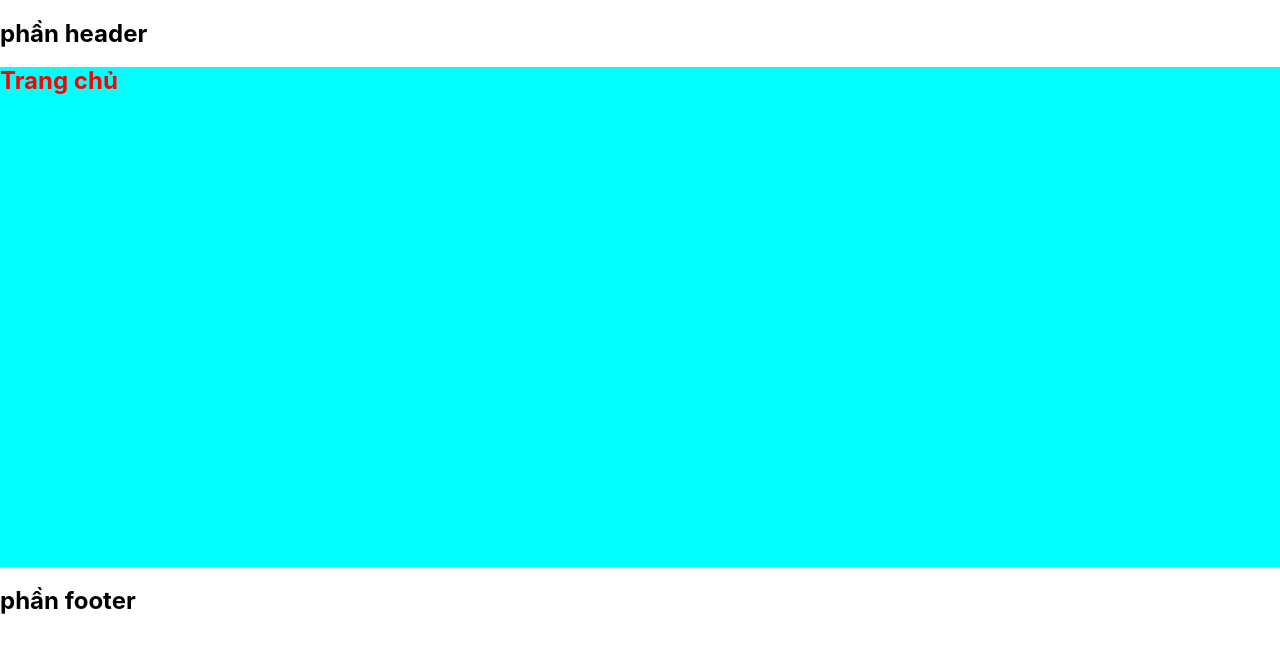
Repository: tatvanhco/shopper
Page: /
An editor plug-in stored every save of this project. The page is shown before and after a run of saves, followed by the edit.
The browser window is 1280 px wide. The pictures show the whole page.
The project was rebuilt for these pictures with package versions that can differ from the ones it lists, and the page was loaded fresh each time.

Above is the page before, as saved 2022-09-23 17:16:40.

After the next 6 saves:
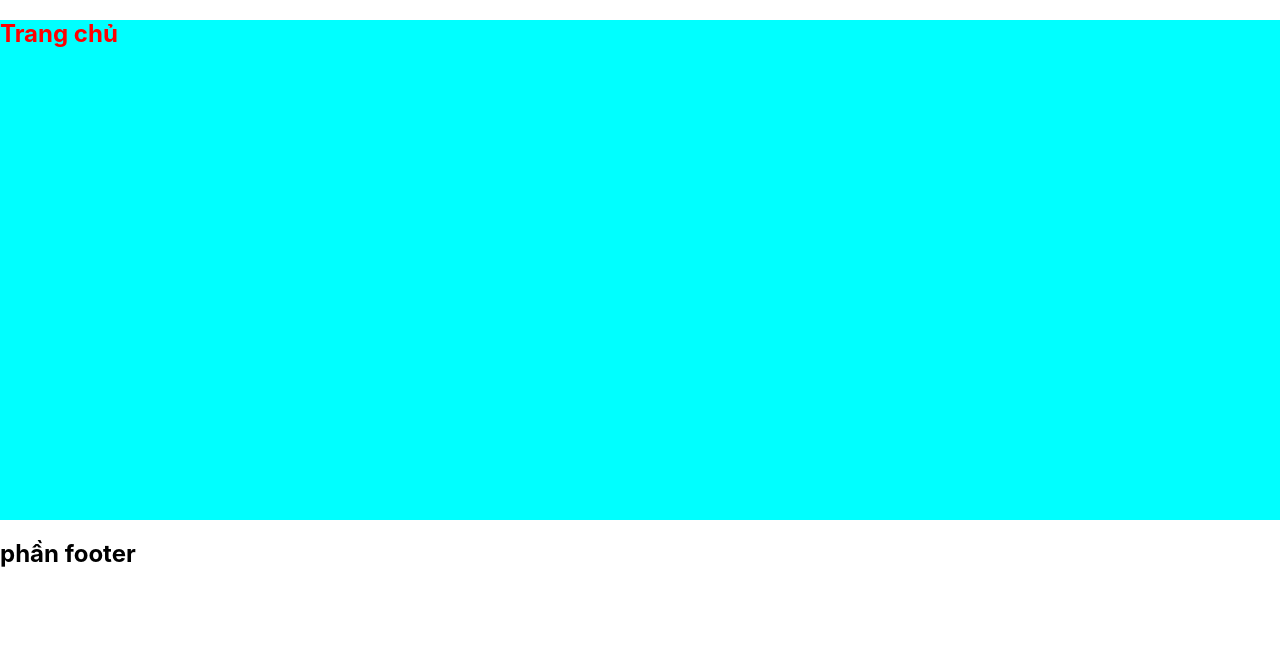
The 6 saves are shown as one change because they came seconds apart.
The last was saved 36 s later.
--- a/src/components/header/header.tsx
+++ b/src/components/header/header.tsx
@@ -1,5 +1,11 @@
+import { Fragment } from "react";
+
 function header() {
-    return <h2>phần header</h2>;
+    return (
+        <Fragment>
+
+        </Fragment>
+    );
 }
 
 export default header;
